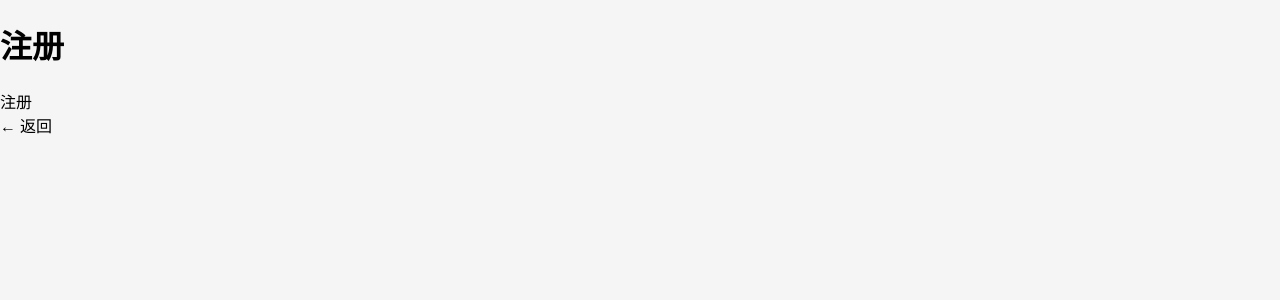
Repository: 202100202078/to-b-data-management-platform
Page: /login
An editor plug-in stored every save of this project. The page is shown before and after the next save, followed by the edit.
The browser window is 1280 px wide. The pictures show the whole page.
The project was rebuilt for these pictures with package versions that can differ from the ones it lists, and the page was loaded fresh each time. Also part of the build but not shown: vite.config.js.

Above is the page before, as saved 2023-10-29 20:08:44.

### src/main.js
import { createApp } from 'vue'

import '@/assets/main.scss'

import pinia from '@/stores/index.js'
import App from './App.vue'
import router from './router'

const app = createApp(App)

app.use(pinia)
app.use(router)

app.mount('#app')

### src/stores/index.js
import { createPinia } from 'pinia'
import persist from 'pinia-plugin-persistedstate'

const pinia = createPinia()
pinia.use(persist)

export default pinia

export * from './modules/user'

### src/router/index.js
import { createRouter, createWebHistory } from 'vue-router'

const router = createRouter({
  history: createWebHistory(import.meta.env.BASE_URL),
  routes: [
    {
      path: '/login',
      component: () => import('@/views/login/LoginPage.vue')
    },
    {
      path: '/',
      component: () => import('@/views/layout/LayOutContainer.vue'),
      redirect: '/article/manage',
      children: [
        {
          path: '/article/channel',
          component: () => import('@/views/article/ArticleChannel.vue')
        },
        {
          path: '/article/manage',
          component: () => import('@/views/article/ArticleManage.vue')
        },
        {
          path: '/user/profile',
          component: () => import('@/views/user/UserProfile.vue')
        },
        {
          path: '/user/avatar',
          component: () => import('@/views/user/UserAvatar.vue')
        },
        {
          path: '/user/password',
          component: () => import('@/views/user/UserPassword.vue')
        }
      ]
    }
  ]
})

export default router

### src/stores/modules/user.js
import { defineStore } from 'pinia'
import { ref } from 'vue'

export const useUserStore = defineStore(
  'user',
  () => {
    const token = ref('')
    const setToken = (newToken) => {
      token.value = newToken
    }
    const removeToken = () => {
      token.value = ''
    }

    return {
      token,
      setToken,
      removeToken
    }
  },
  {
    persist: {
      key: 'userInfo'
    }
  }
)

### src/views/login/LoginPage.vue
<script setup>
import { User, Lock } from '@element-plus/icons-vue'
import { ref } from 'vue'
const isRegister = ref(true)

const formModel = ref({
  username: '',
  password: '',
  repassword: ''
})
//校验规则定义
const rules = {
  username: [
    { required: true, message: '请输入用户名', trigger: 'blur' },
    { min: 5, max: 10, message: '用户名长度必须为5-10位', trigger: 'blur' }
  ],
  password: [
    { required: true, message: '请输入密码', trigger: 'blur' },
    { pattern: /^\S{6,15}$/, message: '密码必须是6-15位的非空字符' }
  ],
  repassword: [{ required: true, message: '请再次输入密码', trigger: 'blur' }]
}
</script>

<template>
  <el-row class="login-page">
    <el-col :span="12" class="bg"></el-col>
    <el-col :span="6" :offset="3" class="form">
      <el-form
        :model="formModel"
        :rules="rules"
        ref="form"
        size="large"
        autocomplete="off"
        v-if="isRegister"
      >
        <el-form-item>
          <h1>注册</h1>
        </el-form-item>
        <el-form-item prop="username">
          <el-input
            v-model="formModel.username"
            :prefix-icon="User"
            placeholder="请输入用户名"
          ></el-input>
        </el-form-item>
        <el-form-item prop="password">
          <el-input
            v-model="formModel.password"
            :prefix-icon="Lock"
            type="password"
            placeholder="请输入密码"
          ></el-input>
        </el-form-item>
        <el-form-item>
          <el-input
            :prefix-icon="Lock"
            type="password"
            placeholder="请输入再次密码"
          ></el-input>
        </el-form-item>
        <el-form-item>
          <el-button class="button" type="primary" auto-insert-space>
            注册
          </el-button>
        </el-form-item>
        <el-form-item class="flex">
          <el-link type="info" :underline="false" @click="isRegister = false">
            ← 返回
          </el-link>
        </el-form-item>
      </el-form>
      <el-form ref="form" size="large" autocomplete="off" v-else>
        <el-form-item>
          <h1>登录</h1>
        </el-form-item>
        <el-form-item>
          <el-input :prefix-icon="User" placeholder="请输入用户名"></el-input>
        </el-form-item>
        <el-form-item>
          <el-input
            name="password"
            :prefix-icon="Lock"
            type="password"
            placeholder="请输入密码"
          ></el-input>
        </el-form-item>
        <el-form-item class="flex">
          <div class="flex">
            <el-checkbox>记住我</el-checkbox>
            <el-link type="primary" :underline="false">忘记密码？</el-link>
          </div>
        </el-form-item>
        <el-form-item>
          <el-button class="button" type="primary" auto-insert-space
            >登录</el-button
          >
        </el-form-item>
        <el-form-item class="flex">
          <el-link type="info" :underline="false" @click="isRegister = true">
            注册 →
          </el-link>
        </el-form-item>
      </el-form>
    </el-col>
  </el-row>
</template>

<style lang="scss" scoped>
.login-page {
  height: 100vh;
  background-color: #fff;
  .bg {
    background:
      url('@/assets/logo2.png') no-repeat 60% center / 240px auto,
      url('@/assets/login_bg.jpg') no-repeat center / cover;
    border-radius: 0 20px 20px 0;
  }
  .form {
    display: flex;
    flex-direction: column;
    justify-content: center;
    user-select: none;
    .title {
      margin: 0 auto;
    }
    .button {
      width: 100%;
    }
    .flex {
      width: 100%;
      display: flex;
      justify-content: space-between;
    }
  }
}
</style>

Loaded but not shown: index.html (common file); src/assets/main.scss (common file); src/App.vue (common file)

After the next save:
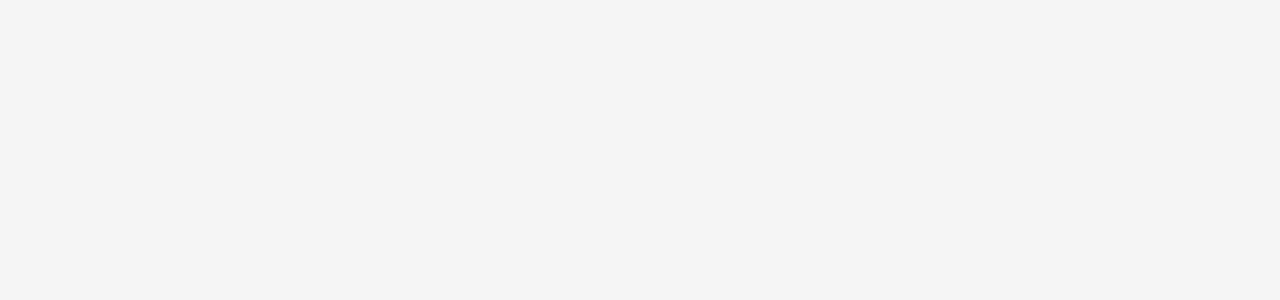
Console error: ReferenceError: valid is not defined
Saved 13 s later.
--- a/src/views/login/LoginPage.vue
+++ b/src/views/login/LoginPage.vue
@@ -18,7 +18,9 @@
     { required: true, message: '请输入密码', trigger: 'blur' },
     { pattern: /^\S{6,15}$/, message: '密码必须是6-15位的非空字符' }
   ],
-  repassword: [{ required: true, message: '请再次输入密码', trigger: 'blur' }]
+  repassword: [{ required: true, message: '请再次输入密码', trigger: 'blur' },{
+    valid
+  }]
 }
 </script>
 

After the 2 saves that followed:
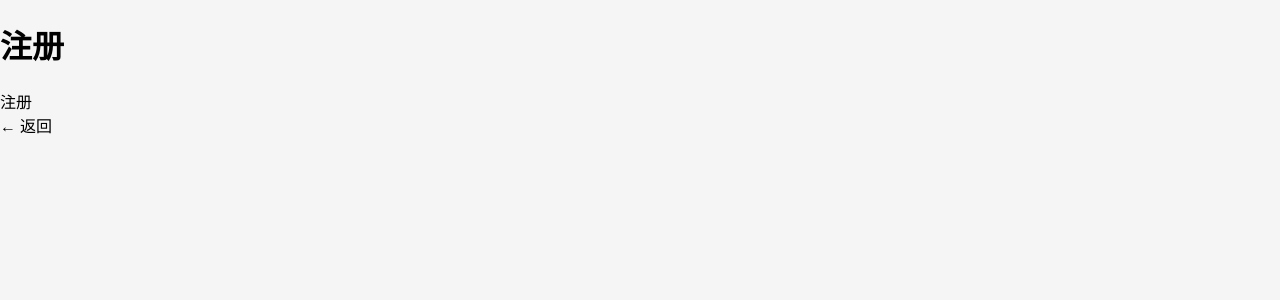
The error is gone.
The 2 saves are shown as one change because 1 did not build or start.
The last was saved 21 s later.
--- a/src/views/login/LoginPage.vue
+++ b/src/views/login/LoginPage.vue
@@ -18,9 +18,12 @@
     { required: true, message: '请输入密码', trigger: 'blur' },
     { pattern: /^\S{6,15}$/, message: '密码必须是6-15位的非空字符' }
   ],
-  repassword: [{ required: true, message: '请再次输入密码', trigger: 'blur' },{
-    valid
-  }]
+  repassword: [
+    { required: true, message: '请再次输入密码', trigger: 'blur' },
+    {
+      validator: (rule, value, callback) => {}
+    }
+  ]
 }
 </script>
 
